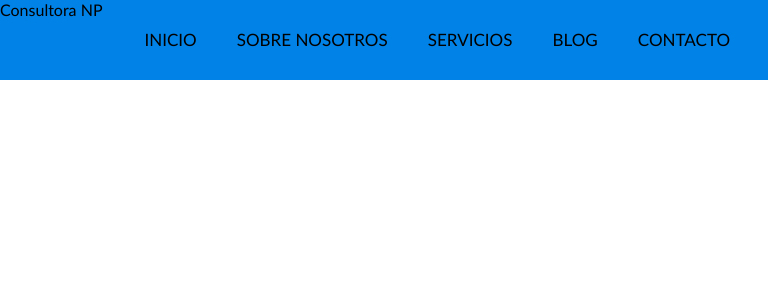
Repository: Batu120/pre-entrega2
Page: index.html
The author's editor kept a copy of each file at every save. The page is drawn from the files as they stood at one save, then again after the next save.
The browser window is 768 px wide. The pictures show the whole page.
Some web libraries are served in a nearby version.

Above is the page before, as saved 2022-10-28 22:22:36.

### index.html
<!DOCTYPE html>
<html lang="en">
<head>
    <meta charset="UTF-8">
    <meta http-equiv="X-UA-Compatible" content="IE=edge">
    <meta name="viewport" content="width=, initial-scale=1.0">
    <title>2da Pre Entrega</title>

    <!-- CSS -->
    <link rel="stylesheet" href="CSS/style.css">
    <script src="https://kit.fontawesome.com/a076d05399.js"></script>
</head>
<body>
    <nav>
        <input type="checkbox" id="check">
        <label for="check" class="checkBTN">
            <i class="baRs"></i>
        </label>
        <label class="logo">Consultora NP</label>
            <!-- Lista no ordenada -->
            <ul class="listaNOordenada">
                <!-- Items / Menu -->
                <li><a class="meNu" href="#">Inicio</a></li>
                <li><a href="#">Sobre Nosotros</a></li>
                <li><a href="#">Servicios</a></li>
                <li><a href="#">Blog</a></li>
                <li><a href="#">Contacto</a></li>
            </ul>
    </nav>
            <!-- <img clas="menu" src="IMG/menu-icon2.png" alt="menu"> -->
<!-- Enlaces -->

<!--    <main>
        <h1>CONSULTORA </h1>
    </main> -->

</body>
</html>

### CSS/style.css
body {
/*     background-image: url("/IMG/background_body.png");
    background-size: cover; */
    font-family:'Gill Sans', 'Gill Sans MT', Calibri, 'Trebuchet MS', sans-serif;
}

/* Enlaces */

* {
    padding: 0;
    margin: 0;
    text-decoration: none;
    list-style: none;
    box-sizing: border-box;
}
nav {
    background: #0082e6;
    height: 80px;
    width: 100%;
}
label .logo {
    color: black;
    font-size: 35px;
    line-height: 80px;
    padding: 0 100px;
    font-weight: bold;
}
nav ul {
    float: right;
    margin-right: 20px;
}
nav ul li {
    display: inline-block;
    line-height: 80px;
    margin: 0 5px;
}
nav ul li a{
    color: black;
    font-size: 17px;
    padding: 7px 13px;
    border-radius: 3px;
    text-transform: uppercase;
}
a.meNU,a:hover{
    background: #1b9bff;
    transition: .5s;
}
.checkBTN {
    font-size: 30px;
    color: black;
    float: right;
    line-height: 80px;
    margin-right: 40px;
    cursor: pointer;
    display: none;
}
#check {
    display: none;
}
@media (max-width: 850px){
    label.logo {

    }
}
/* .listaNOordenada {
    display: flex;
    flex-direction: row;
    justify-content:flex-end;
    list-style: none;
}

li {
    font-size: large;
    text-transform: uppercase;
    font-family:'Gill Sans', 'Gill Sans MT', Calibri, 'Trebuchet MS', sans-serif;
    font-weight: 600;
    margin: 10px;
    padding: 5px;
    letter-spacing: 2px;
}

@media (max-width: 850px){
    .listaNOordenada {
        flex-direction: column;
    }
}
 */

After the next save:
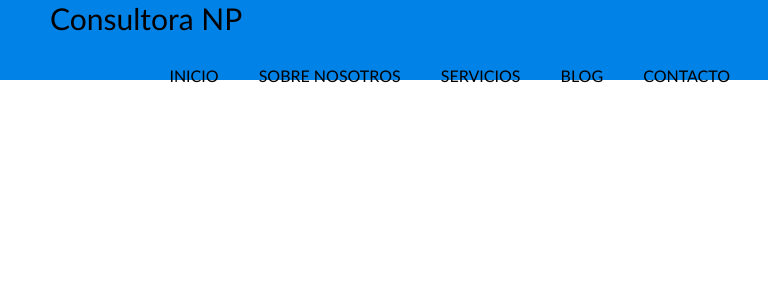
Saved 109 s later.
--- a/CSS/style.css
+++ b/CSS/style.css
@@ -59,7 +59,11 @@ a.meNU,a:hover{
 }
 @media (max-width: 850px){
     label.logo {
-
+        font-size: 30px;
+        padding-left: 50px;
+    }
+    nav ul li a{
+        font-size: 16px;
     }
 }
 /* .listaNOordenada {
